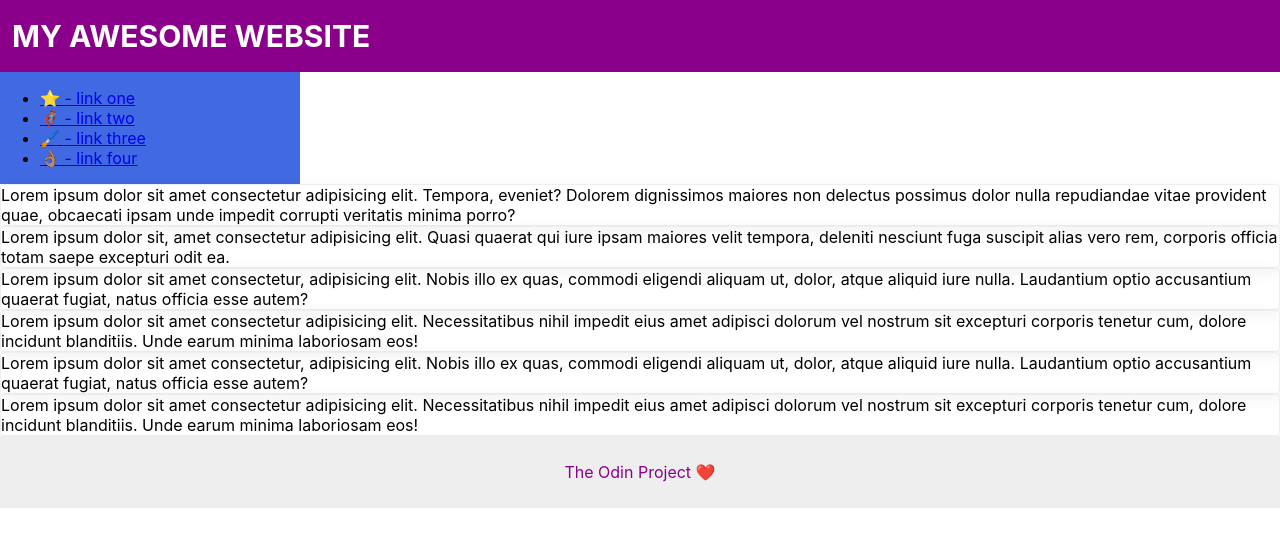
Repository: bbrockbrown/css-exercises
Page: flex/07-flex-layout-2/index.html
These files come from the project's save history. The page is drawn as it stood at one moment and after the next save; the edit follows.
The browser window is 1280 px wide. The pictures show the whole page.

Above is the page before, as saved 2024-07-22 18:35:30.

### flex/07-flex-layout-2/index.html
<!DOCTYPE html>
<html lang="en">
  <head>
    <meta charset="UTF-8">
    <meta http-equiv="X-UA-Compatible" content="IE=edge">
    <meta name="viewport" content="width=device-width, initial-scale=1.0">
    <title>The Holy Grail</title>
    <link rel="stylesheet" href="style.css">
  </head>
  <body>

    <div class="header">
      MY AWESOME WEBSITE
    </div>

    <div class="sidebar">
      <ul>
        <li><a href="#">⭐ - link one</a></li>
        <li><a href="#">🦸🏽‍♂️ - link two</a></li>
        <li><a href="#">🖌️ - link three</a></li>
        <li><a href="#">👌🏽 - link four</a></li>
      </ul>
    </div>

    <div class="card-container">
      <div class="card">Lorem ipsum dolor sit amet consectetur adipisicing elit. Tempora, eveniet? Dolorem dignissimos maiores non delectus possimus dolor nulla repudiandae vitae provident quae, obcaecati ipsam unde impedit corrupti veritatis minima porro?</div>
      <div class="card">Lorem ipsum dolor sit, amet consectetur adipisicing elit. Quasi quaerat qui iure ipsam maiores velit tempora, deleniti nesciunt fuga suscipit alias vero rem, corporis officia totam saepe excepturi odit ea.</div>
      <div class="card">Lorem ipsum dolor sit amet consectetur, adipisicing elit. Nobis illo ex quas, commodi eligendi aliquam ut, dolor, atque aliquid iure nulla. Laudantium optio accusantium quaerat fugiat, natus officia esse autem?</div>
      <div class="card">Lorem ipsum dolor sit amet consectetur adipisicing elit. Necessitatibus nihil impedit eius amet adipisci dolorum vel nostrum sit excepturi corporis tenetur cum, dolore incidunt blanditiis. Unde earum minima laboriosam eos!</div>
      <div class="card">Lorem ipsum dolor sit amet consectetur, adipisicing elit. Nobis illo ex quas, commodi eligendi aliquam ut, dolor, atque aliquid iure nulla. Laudantium optio accusantium quaerat fugiat, natus officia esse autem?</div>
      <div class="card">Lorem ipsum dolor sit amet consectetur adipisicing elit. Necessitatibus nihil impedit eius amet adipisci dolorum vel nostrum sit excepturi corporis tenetur cum, dolore incidunt blanditiis. Unde earum minima laboriosam eos!</div>
    </div>

    <div class="footer">
      The Odin Project ❤️
    </div>

  </body>
</html>

### flex/07-flex-layout-2/style.css
body {
  font-family: -apple-system, BlinkMacSystemFont, 'Segoe UI', Roboto, Oxygen, Ubuntu, Cantarell, 'Open Sans', 'Helvetica Neue', sans-serif;
  margin: 0;
  min-height: 100vh;
  display: flex;
  flex-direction: column;
}

.header {
  height: 72px;
  background: darkmagenta;
  color: white;
  display: flex;
  align-items: center;
  padding-left: 12px;
  font-size: 30px;
  font-weight: bolder;
}

.footer {
  height: 72px;
  background: #eee;
  color: darkmagenta;
  display: flex;
  justify-content: center;
  align-items: center;
}

.sidebar {
  width: 300px;
  background: royalblue;
  box-sizing: border-box;
}

.card {
  border: 1px solid #eee;
  box-shadow: 2px 4px 16px rgba(0,0,0,.06);
  border-radius: 4px;
}

After the next save:
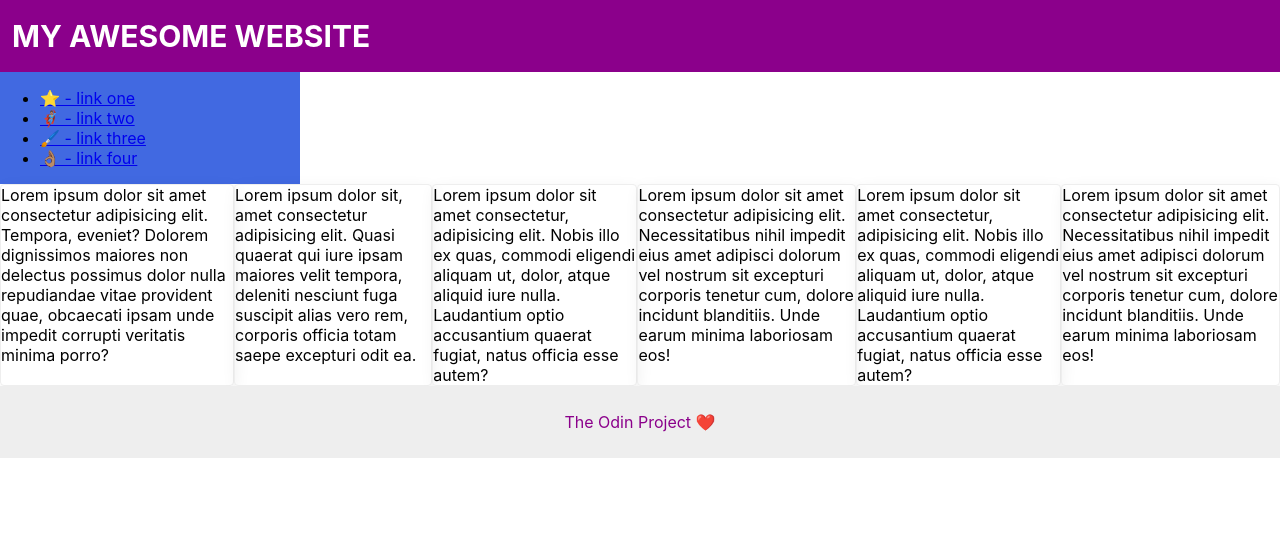
Saved 23 s later.
--- a/flex/07-flex-layout-2/style.css
+++ b/flex/07-flex-layout-2/style.css
@@ -32,6 +32,10 @@ body {
   box-sizing: border-box;
 }
 
+.card-container {
+  display: flex;
+}
+
 .card {
   border: 1px solid #eee;
   box-shadow: 2px 4px 16px rgba(0,0,0,.06);
